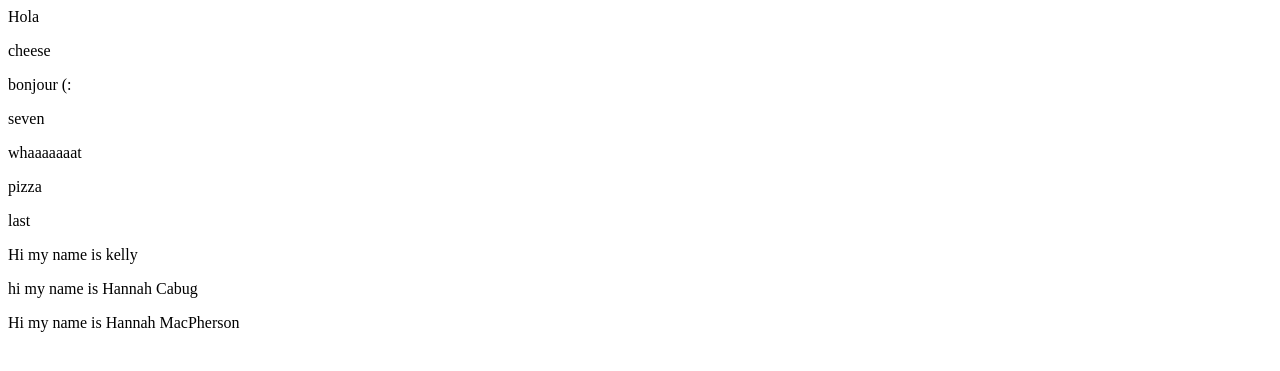
Repository: KellyMenzul/lab-4
Page: index.html
The author's editor kept a copy of each file at every save. The page is drawn from the files as they stood at one save, then again after a run of saves.
The browser window is 1280 px wide. The pictures show the whole page.

Above is the page before, as saved 2021-04-07 17:52:38.

### index.html
<html>
    <head>
        <title>Lab 4</title>

        <script>
            var a = new XMLHttpRequest()
            var b = new XMLHttpRequest()
            var c = new XMLHttpRequest()
            var d = new XMLHttpRequest()
            var e = new XMLHttpRequest()
            var f = new XMLHttpRequest()
            var g = new XMLHttpRequest()
            var h = new XMLHttpRequest()
            var i = new XMLHttpRequest()
            var j = new XMLHttpRequest()

            a.open("GET", "1.txt", true)
            b.open("GET", "2.txt", true)
            c.open("GET", "3.txt", true)
            d.open("GET", "4.txt", true)
            e.open("GET", "5.txt", true)
            f.open("GET", "6.txt", true)
            g.open("GET", "7.txt", true)
            h.open("GET", "8.txt", true)
            i.open("GET", "9.txt", true)
            j.open("GET", "10.txt", true)

            a.onreadystatechange=processData
            b.onreadystatechange=processData
            c.onreadystatechange=processData
            d.onreadystatechange=processData
            e.onreadystatechange=processData
            f.onreadystatechange=processData
            g.onreadystatechange=processData
            h.onreadystatechange=processData
            i.onreadystatechange=processData
            j.onreadystatechange=processData

            a.send(null)
            b.send(null)
            c.send(null)
            d.send(null)
            e.send(null)
            f.send(null)
            g.send(null)
            h.send(null)
            i.send(null)
            j.send(null)

            function processData()
            {
                if(a.readyState == 4 && b.readyState == 4 && c.readyState == 4 && d.readyState == 4 && e.readyState == 4 && f.readyState == 4 && g.readyState == 4 && h.readyState == 4 && i.readyState == 4 && j.readyState == 4)
                {

                    setTimeout(function(){
                        var p1 = document.createElement("p")
                        p1.innerHTML = a.responseText
                        document.body.appendChild(p1)
                    },1000)


                    setTimeout(function(){
                        var p2 = document.createElement("p")
                        p2.innerHTML = b.responseText
                        document.body.appendChild(p2)
                    },2000)

                    setTimeout(function(){
                        var p3 = document.createElement("p")
                        p3.innerHTML = c.responseText
                        document.body.appendChild(p3)
                    },3000)

                    setTimeout(function(){

                    },4000)
                    var p4 = document.createElement("p")
                    p4.innerHTML = d.responseText
                    document.body.appendChild(p4)

                    var p5 = document.createElement("p")
                    p5.innerHTML = e.responseText
                    document.body.appendChild(p5)

                    var p6 = document.createElement("p")
                    p6.innerHTML = f.responseText
                    document.body.appendChild(p6)

                    var p7 = document.createElement("p")
                    p7.innerHTML = g.responseText
                    document.body.appendChild(p7)

                    var p8 = document.createElement("p")
                    p8.innerHTML = h.responseText
                    document.body.appendChild(p8)

                    var p9 = document.createElement("p")
                    p9.innerHTML = i.responseText
                    document.body.appendChild(p9)

                    var p10 = document.createElement("p")
                    p10.innerHTML = j.responseText
                    document.body.appendChild(p10)
                }
            }
        </script>
    </head>
    <body>
    </body>
</html>

After the next 2 saves:
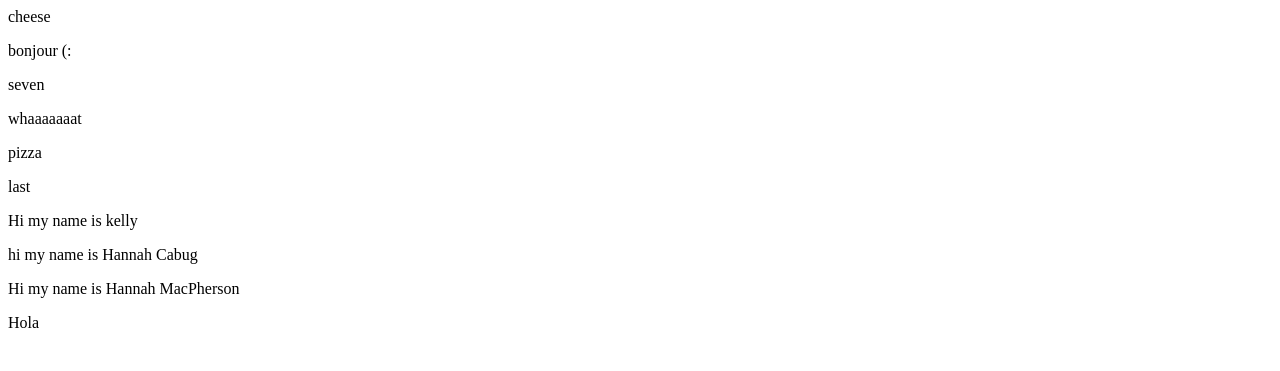
The 2 saves are shown as one change because they came seconds apart.
The last was saved 6 s later.
--- a/index.html
+++ b/index.html
@@ -72,11 +72,10 @@
                     },3000)
 
                     setTimeout(function(){
-
+                        var p4 = document.createElement("p")
+                        p4.innerHTML = d.responseText
+                        document.body.appendChild(p4)
                     },4000)
-                    var p4 = document.createElement("p")
-                    p4.innerHTML = d.responseText
-                    document.body.appendChild(p4)
 
                     var p5 = document.createElement("p")
                     p5.innerHTML = e.responseText
